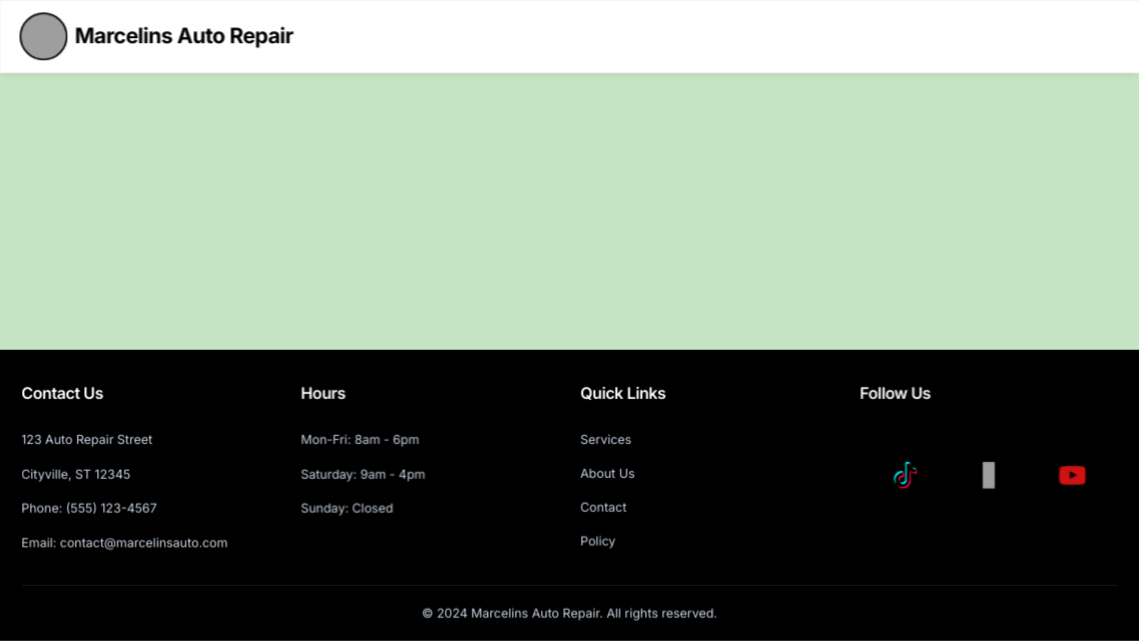
Repository: ilovegames507/twebsite-2
Page: frontend/public/service.html
These files come from the project's save history. The page is drawn as it stood at one moment and after the next save; the edit follows.
The browser window is 1280 px wide. The pictures show the whole page, at 89% of full size.
Pictures or frames that could not be fetched are drawn as grey boxes.

Above is the page before, as saved 2025-03-18 22:42:12.

After the next save:
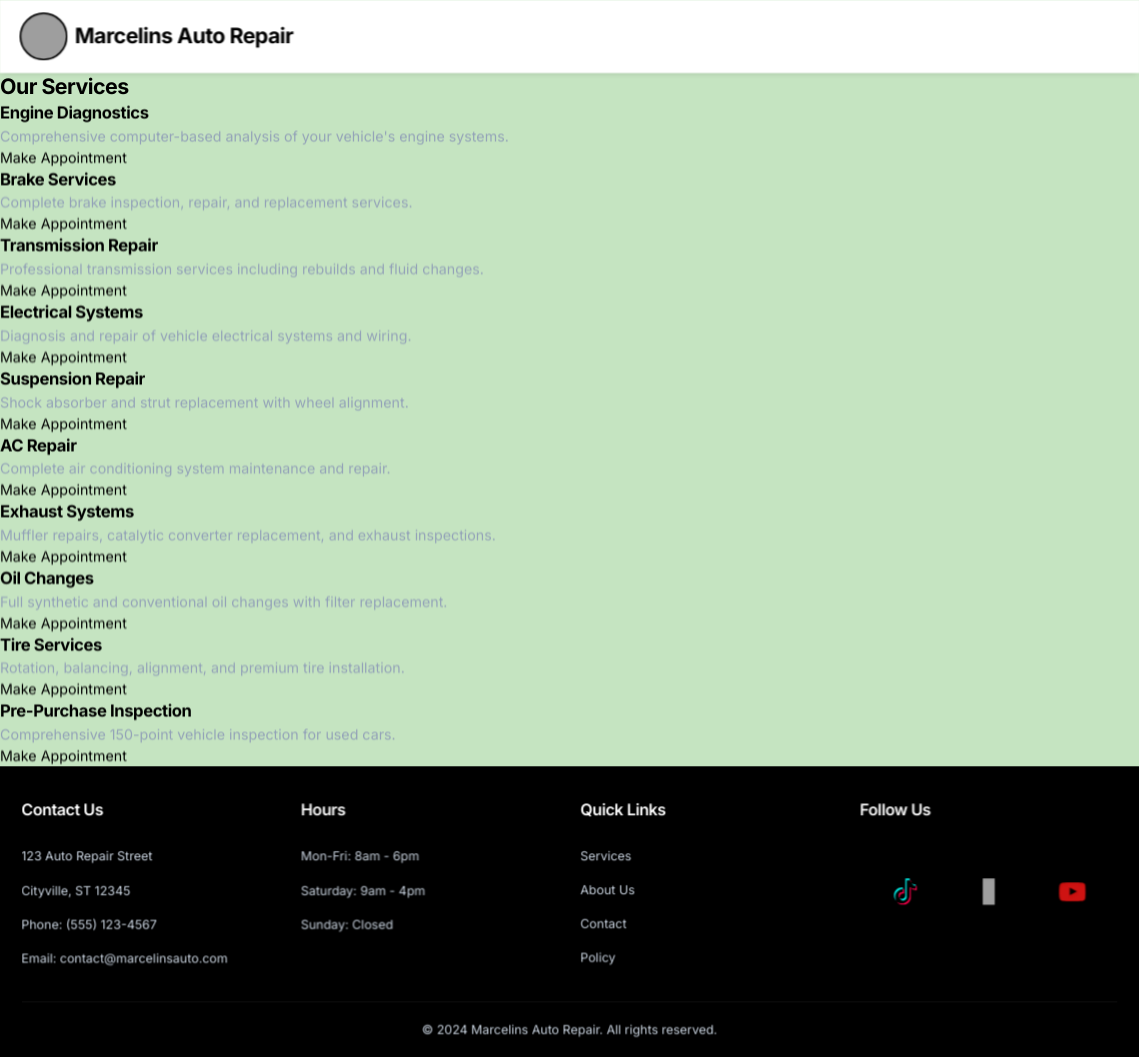
Saved 27 s later.
--- a/frontend/public/service.html
+++ b/frontend/public/service.html
@@ -20,7 +20,82 @@
 </head>
 <body>
   <header class="header"></header>
+  <section class="pricing">
+    <div class="pricing__container">
+      <h2 class="pricing__title">Our Services</h2>
+      <div class="services__grid">
+        <!-- Service Card 1 -->
+        <div class="pricing__card">
+          <h3 class="pricing__package">Engine Diagnostics</h3>
+          <p class="service__description">Comprehensive computer-based analysis of your vehicle's engine systems.</p>
+          <button class="service__cta">Make Appointment</button>
+        </div>
 
+        <!-- Service Card 2 -->
+        <div class="pricing__card">
+          <h3 class="pricing__package">Brake Services</h3>
+          <p class="service__description">Complete brake inspection, repair, and replacement services.</p>
+          <button class="service__cta">Make Appointment</button>
+        </div>
+
+        <!-- Service Card 3 -->
+        <div class="pricing__card">
+          <h3 class="pricing__package">Transmission Repair</h3>
+          <p class="service__description">Professional transmission services including rebuilds and fluid changes.</p>
+          <button class="service__cta">Make Appointment</button>
+        </div>
+
+        <!-- Service Card 4 -->
+        <div class="pricing__card">
+          <h3 class="pricing__package">Electrical Systems</h3>
+          <p class="service__description">Diagnosis and repair of vehicle electrical systems and wiring.</p>
+          <button class="service__cta">Make Appointment</button>
+        </div>
+
+        <!-- Service Card 5 -->
+        <div class="pricing__card">
+          <h3 class="pricing__package">Suspension Repair</h3>
+          <p class="service__description">Shock absorber and strut replacement with wheel alignment.</p>
+          <button class="service__cta">Make Appointment</button>
+        </div>
+
+        <!-- Service Card 6 -->
+        <div class="pricing__card">
+          <h3 class="pricing__package">AC Repair</h3>
+          <p class="service__description">Complete air conditioning system maintenance and repair.</p>
+          <button class="service__cta">Make Appointment</button>
+        </div>
+
+        <!-- Service Card 7 -->
+        <div class="pricing__card">
+          <h3 class="pricing__package">Exhaust Systems</h3>
+          <p class="service__description">Muffler repairs, catalytic converter replacement, and exhaust inspections.</p>
+          <button class="service__cta">Make Appointment</button>
+        </div>
+
+        <!-- Service Card 8 -->
+        <div class="pricing__card">
+          <h3 class="pricing__package">Oil Changes</h3>
+          <p class="service__description">Full synthetic and conventional oil changes with filter replacement.</p>
+          <button class="service__cta">Make Appointment</button>
+        </div>
+
+        <!-- Service Card 9 -->
+        <div class="pricing__card">
+          <h3 class="pricing__package">Tire Services</h3>
+          <p class="service__description">Rotation, balancing, alignment, and premium tire installation.</p>
+          <button class="service__cta">Make Appointment</button>
+        </div>
+
+        <!-- Service Card 10 -->
+        <div class="pricing__card">
+          <h3 class="pricing__package">Pre-Purchase Inspection</h3>
+          <p class="service__description">Comprehensive 150-point vehicle inspection for used cars.</p>
+          <button class="service__cta">Make Appointment</button>
+        </div>
+      </div>
+    </div>
+  </section>
   <footer class="footer"></footer>
 </body>
 </html>
